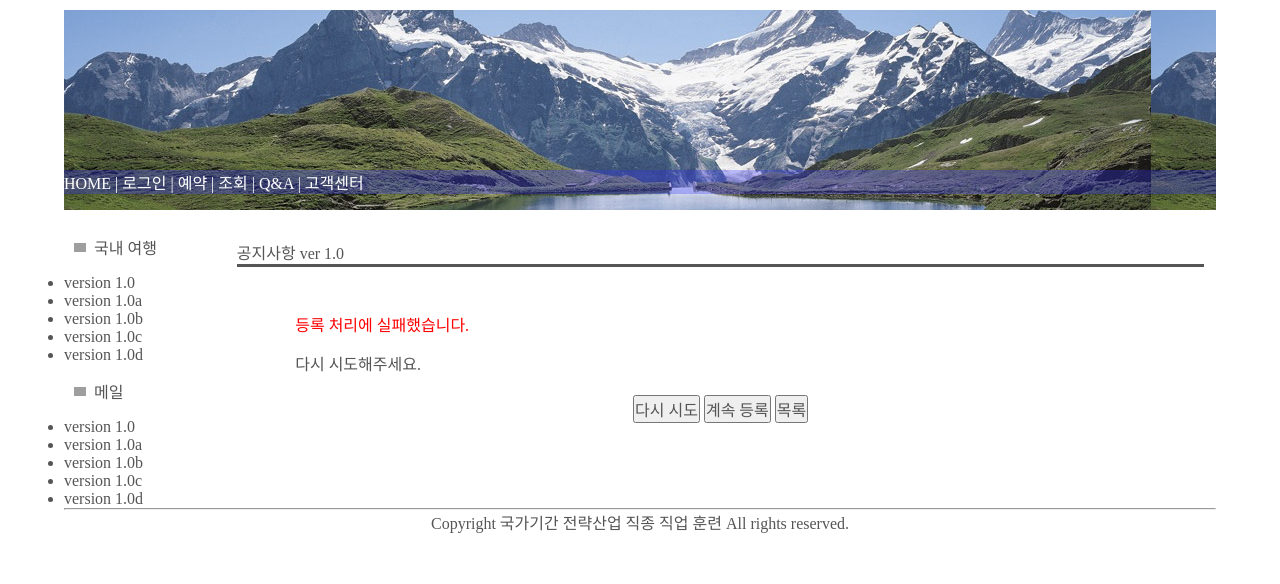
Repository: jangky000/ai_web
Page: http://localhost/blog_v2jc/mail_app/create_proc.jsp
An editor plug-in stored every save of this project. The page is shown before and after the next save, followed by the edit.
The browser window is 1280 px wide. The pictures show the whole page.
Pictures or frames that could not be fetched are drawn as grey boxes. The page is served by Tomcat 9. Other server files are loaded and not shown. Queries for data that is not in the repository find no rows.

Above is the page before, as saved 2020-03-27 04:11:59.

### ws__frame/blog_v2jc/WebContent/mail_app/create_proc.jsp
<%@ page contentType="text/html; charset=UTF-8" %>

 <!-- MySQL에서 DBMS에 연결할때 쓰던 import 패키지와 구성이 같다. -->
 <!-- MovieDAO2.java 참조 -->
<%@ page import="java.sql.Connection" %>
<%@ page import=" java.sql.DriverManager" %>
<%@ page import="java.sql.PreparedStatement" %>
<%@ page import="java.sql.ResultSet" %>
<%@ page import="java.sql.SQLException" %>

<%
request.setCharacterEncoding("utf-8");
String root = request.getContextPath();
%>

<%
// 필요 변수 선언
Connection con = null;              // DBMS 연결
PreparedStatement pstmt = null; // SQL 실행
ResultSet rs = null;                   // SELECT 결과를 저장
StringBuffer sql = null;              // SQL 문장
int count = 0;                         // 처리된 레코드 갯수

// MYSQL
// String className = "org.gjt.mm.mysql.Driver"; // MySQL 연결 Driver
// String url = "jdbc:mysql://172.16.12.4:3306/javadb?useUnicode=true&characterEncoding=euckr"; //데이터베이스 javadb 사용

//Oracle, jdbc 연결
String className = "oracle.jdbc.driver.OracleDriver"; // Oracle 연결 Driver
String url = "jdbc:oracle:thin:@127.0.0.1:1521:XE"; //XE -> soldesk 등으로 달라질 수 있다.

String user = "ai6";
String password = "1234";
%>

<!DOCTYPE html>
<html lang="ko">
<head>
<meta charset="UTF-8">
<title></title>
<link href="<%=root%>/css/style.css" rel="Stylesheet" type="text/css">
</head>
<body>
<jsp:include page="/menu/top.jsp" flush='false' />
  <div class="title_line">공지사항 ver 1.0</div>
  <fieldset class="fieldset_basic">
    <!-- <legend class="legend_basic">공지사항 등록</legend> -->
      <ul>
        <%
        String title = request.getParameter("title");
        String content = request.getParameter("content");
        String rname = request.getParameter("rname");
        String passwd = request.getParameter("passwd");

      //네트워크 설정에 예외처리가 필수
        try {
          Class.forName(className); // memory로 클래스를 로딩함, 객체는 생성하지 않음.
          con = DriverManager.getConnection(url, user, password ); // MySQL 연결

          sql = new StringBuffer();
          //SQL문 앞에 한 칸 공백 만들기 + ' ; '지우기
          sql.append(" INSERT INTO notice(noticeno, title, content, rname, passwd, rdate )");
          sql.append(" VALUES (notice_seq.nextval, ?, ?, ?, ?, sysdate)"); // '?'는 ?값으로 판단, 문자열도 single quatation 없이 사용

          //StringBuffer를 문자열로 변환
          pstmt = con.prepareStatement(sql.toString());

          pstmt.setString(1, title);
          pstmt.setString(2, content);
          pstmt.setString(3, rname);
          pstmt.setString(4, passwd);

          //pstmt 바인딩 후에 실행
          count = pstmt.executeUpdate(); // INSERT, UPDATE, DELETE를 실행

        } catch (SQLException e) {
          System.out.println("SQL 실행 중 예외 발생");
          e.printStackTrace(); // 예외가 발생하기까지의 실행 과정 출력
        } catch (ClassNotFoundException e) {
          System.out.println("JDBC 드라이버가 없습니다.");
          e.printStackTrace();
        } finally {
          //try{ if (rs != null){ rs.close(); } }catch(Exception e){ }
          // 따로 에러 출력하지 않고 연결 종료
          try{ if (pstmt != null){ pstmt.close(); } }catch(Exception e){ }
          try{ if (con != null){ con.close(); } }catch(Exception e){ }
        }

      if(count == 1){
        %>
        <li class="li_none">등록 처리에 성공했습니다.</li>
        <%
      } else{
        %>
        <li class="li_error" >등록 처리에 실패했습니다.</li>
        <li class="li_none">다시 시도해주세요. </li>
        <%
      }
        %>
      </ul>
      <div class ="bottom_menu">
        <!-- onclick = "" javascript 연결 -->
        <%
        if(count == 0){
          %>
          <button type="button" onclick="history.back();">다시 시도</button>
          <%
        }
        %>
        <button type="button" onclick="location.href = './create_form.jsp'">계속 등록</button>
        <button type="button" onclick="location.href = './list.jsp'">목록</button>
      </div>
  </fieldset>

<jsp:include page="/menu/bottom.jsp" flush='false' />
</body>
</html>
</html>

### ws__frame/blog_v2jc/WebContent/menu/top.jsp
<%@ page contentType="text/html; charset=UTF-8" %>
<!-- jsp: include를 사용했기 때문에 root로 인한 충돌이 발생하지 않는다. -->
<% String root = request.getContextPath(); %>

<DIV class='container'>
  <DIV class='top_img'>
    <NAV class="top_menu">
      <a href="<%=root %>" class="menu_link">HOME</a> | 로그인 | 예약 | 조회 | Q&A | 고객센터
    </NAV>
  </DIV>

  <DIV style='margin-top: 10px;'> <!-- 좌측 메뉴 + 내용 시작 -->
    <DIV class='left_menu'> <!--  좌측 메뉴 시작 -->
      <div class="li_left_menu_1" >국내 여행</div>
      <UL>
         <!-- 모든 위치에서 동일한 주소를 찾아야하므로, 절대 경로로 설정 -->
        <LI class="li_left_menu_2"><a href="<%= request.getContextPath() %>/notice1/list.jsp">version 1.0</a></LI>
        <LI class="li_left_menu_2"><a href="<%= request.getContextPath() %>/notice1a/list.jsp">version 1.0a</a></LI>
        <LI class="li_left_menu_2"><a href="<%= request.getContextPath() %>/notice1b/list.jsp">version 1.0b</a></LI>
        <LI class="li_left_menu_2"><a href="<%= request.getContextPath() %>/notice1c/list.jsp">version 1.0c</a></LI>
        <LI class="li_left_menu_2"><a href="<%= request.getContextPath() %>/notice1d/list.jsp">version 1.0d</a></LI>
      </UL>
      <!-- br을 쓰는 것보다 margin으로 여백을 주는 것이 낫다 -->
      <div class="li_left_menu_1">메일</div>
      <UL>
        <LI class="li_left_menu_2"><a href="<%= request.getContextPath() %>/mail_app/list.jsp">version 1.0</a></LI>
        <LI class="li_left_menu_2"><a href="<%= request.getContextPath() %>/mail_app1a/list.jsp">version 1.0a</a></LI>
        <LI class="li_left_menu_2"><a href="<%= request.getContextPath() %>/mail_app1b/list.jsp">version 1.0b</a></LI>
        <LI class="li_left_menu_2"><a href="<%= request.getContextPath() %>/mail_app1c/list.jsp">version 1.0c</a></LI>
        <LI class="li_left_menu_2"><a href="<%= request.getContextPath() %>/mail_app1d/list.jsp">version 1.0d</a></LI>
      </UL>

    </DIV>  <!--  좌측 메뉴 종료 -->

    <DIV class='content_body'> <!--  내용 시작 -->

### ws__frame/blog_v2jc/WebContent/menu/bottom.jsp
<%@ page contentType="text/html; charset=UTF-8" %>

    </DIV> <!-- 내용 종료 -->
  </DIV> <!-- 좌측 메뉴 + 내용 종료 -->

  <!-- 화면 하단 메뉴 -->
  <DIV class='copyright'>
    <HR>
    Copyright 국가기간 전략산업 직종 직업 훈련 All rights reserved.
  </DIV>

</DIV> <!-- 컨테이너 종료 -->

### ws__frame/blog_v2jc/WebContent/css/style.css
/* ver 0.2 */
/* 모든 태그에 적용 */
  *{
     font-family: Malgun Gothic;
     font-size: 16px;
     margin: 0px;  /* top right bottom left */
     padding: 0px;
     color: #555555;
  }

  .container {
    width: 90%;
    margin: 10px auto;
  }

  /*
  이미지 경로 지정
  권장하지 않는 방법(절대경로): background-image: url('/blog_v2jc/css/images/top_image.jpg');
  권장하는 방법(상대경로): background-image: url('./images/top_image.jpg');
  style.css 파일이 include(link)되는 폴더를 현재 폴더로 인식함
  /blog_v2jc/css/style.css에서 사용
  /blog_v2jc/css/images/top_image.jpg 인식
   */
  .top_img {
    width: 100%;
    height: 200px;
    /* background-image: url('/blog_v2jc/menu/images/top_image.jpg'); */
    background-image: url('./images/top_image.jpg');
  }

  .top_menu {
    position: relative;  /* 부모 태그 기준 화면 상단 기준 */
    top: 80%;
    /* left: 2px;  */
    background-color: rgba(50, 50, 255, 0.3);
    color: white;
  }

  .left_menu {
    width: 15%;
    float: left;
  }

  .content_body {
    width: 84%;
    float: left;
  }

  .content_bottom {

  }

  .bottom_menu {
    text-align: center;
    margin: 20px auto;
    clear: both;
  }

  .copyright {
    text-align: center;
    margin: 20px auto; /* 블럭 가운데 정렬 */
    clear: both; /*  float: left; 해제 float 효과를 제거 */
  }

  .li_warning{/* 경고 메시지 */
    list-style: none;
    margin: 15px 10px;
    color: #ff6600;
  }

  .li_error{ /* 에러 메시지 */
    list-style: none;
    margin: 15px 10px;
    color: #FF0000;
  }

  .li_none{
    list-style: none;
    margin: 15px 10px;
  }

  .fieldset_basic{
    width:90%;
    margin:10px auto;
    border-top: none;
    border-right: none;
    border-bottom: none;
    border-left: none;
    padding: 10px;
  }

  .legend_basic{
    margin-left:30px;
    border:solid 1px #999999;
    background-color: #A6C2FF;
    color:#FFFFFF;
  }

  input:focus {outline:none;}
  .input_basic{
    border-top: none;
    border-right: none;
    border-bottom: solid 1px #999999;
    border-left: none;
  }

  .title_line{
    text-align:left;
    /* text-decoration: underline; */
    border-bottom: solid 3px #555555;
    width: 100%;
    margin: 20px auto;

  }

  .sub_menu{
    text-align: right;
    width: 100%;
  }

  .table_basic{
    border-collapse: collapse; /* 셀 합치기 */
    margin: 2px auto;
    width: 100%;
  }

  /*
    1em 기본값: 16px, 주변 태그의 글자 크기를 1em으로 인식
    div 태그가 20px일 경우 자식 태그가 0.5em이면 최종적으로 10px이 적용됨.
  */
  .th_basic{
    font-size: 0.8em;
    border-bottom: solid 1px #999999;
  }

  .td_basic{
    background-color: #ffffff;

    border-top: none;
    border-right: none;
    border-bottom: solid 1px #dddddd;
    border-left: none;

    text-align: center;
  }

  .td_left{
    background-color: #ffffff;

    border-top: none;
    border-right: none;
    border-bottom: solid 1px #dddddd;
    border-left: none;

    text-align: left;
  }

  A:link{  /* 방문전 상태 */
    text-decoration: none; /* 밑줄 삭제 */
    color: #555555;
  }

  A:visited{  /* 방문후 상태 */
    text-decoration: none; /* 밑줄 삭제 */
    color: #555555;
  }

  A:hover{  /* A 태그에 마우스가 올라간 상태 */
    text-decoration: underline; /* 밑줄 출력 */
    color: #7777FF;
  }

  A:active{  /* A 태그를 클릭한 상태 */
    text-decoration: underline; /* 밑줄 출력 */
    color: #7777FF;
  }

  /* top menu */
  .menu_link:link{  /* 방문전 상태 */
    text-decoration: none; /* 밑줄 삭제 */
    color: white;
  }

  .menu_link:visited{  /* 방문후 상태 */
    text-decoration: none; /* 밑줄 삭제 */
    color: white;
  }

  .menu_link:hover{  /* A 태그에 마우스가 올라간 상태 */
    text-decoration: underline; /* 밑줄 출력 */
    color: white;
    /* font-weight: bold; */
  }

  .menu_link:active{  /* A 태그를 클릭한 상태 */
    text-decoration: underline; /* 밑줄 출력 */
    color: white;
  }

  .content_title{
    border-top: none;
    border-right: none;
    border-bottom: solid 1px #999999;
    border-left: none;

    margin-bottom: 20px;
  }

  .content_bottom{
    border-top: none;
    border-right: none;
    border-bottom: none;
    border-left: none;
    margin: 20px 0;
    text-align: right;
    font-size: 0.8em;
  }

  .li_left_menu_1{
    list-style: none;
    margin: 15px 10px;
    background: url(./images/li_left_menu.png) left center no-repeat; /* url 왼쪽 중간 반복x */
    background-size: 12px;
    padding-left: 20px;
    line-height:
  }

After the next save:
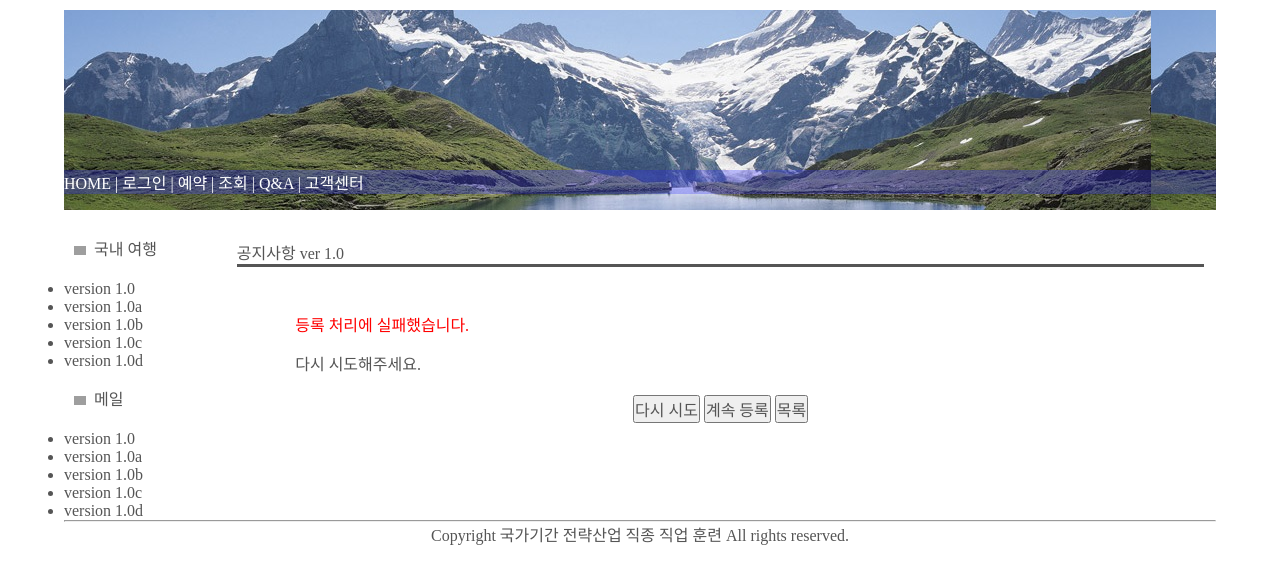
Saved 3 s later.
--- a/ws__frame/blog_v2jc/WebContent/css/style.css
+++ b/ws__frame/blog_v2jc/WebContent/css/style.css
@@ -222,5 +222,5 @@
     background: url(./images/li_left_menu.png) left center no-repeat; /* url 왼쪽 중간 반복x */
     background-size: 12px;
     padding-left: 20px;
-    line-height:
-  }
+    line-height: 30px;
+  }
